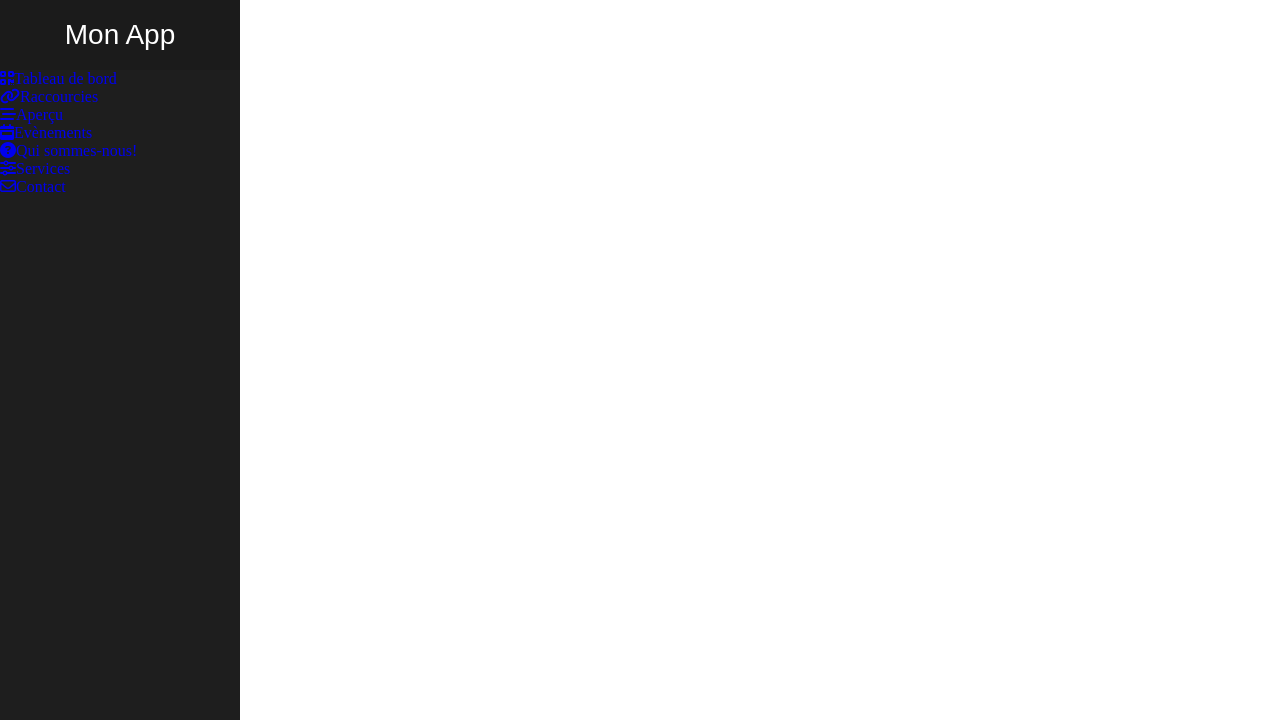
Repository: Alex-Serky/Dossier-Nav
Page: Nav-Responsive/index.html
The author's editor kept a copy of each file at every save. The page is drawn from the files as they stood at one save, then again after the next save.
The browser window is 1280 px wide. The pictures show the whole page.
Some web fonts or font styles are not loaded; a fallback is used. Some web libraries are served in a nearby version.

Above is the page before, as saved 2020-02-21 19:06:36.

After the next save:
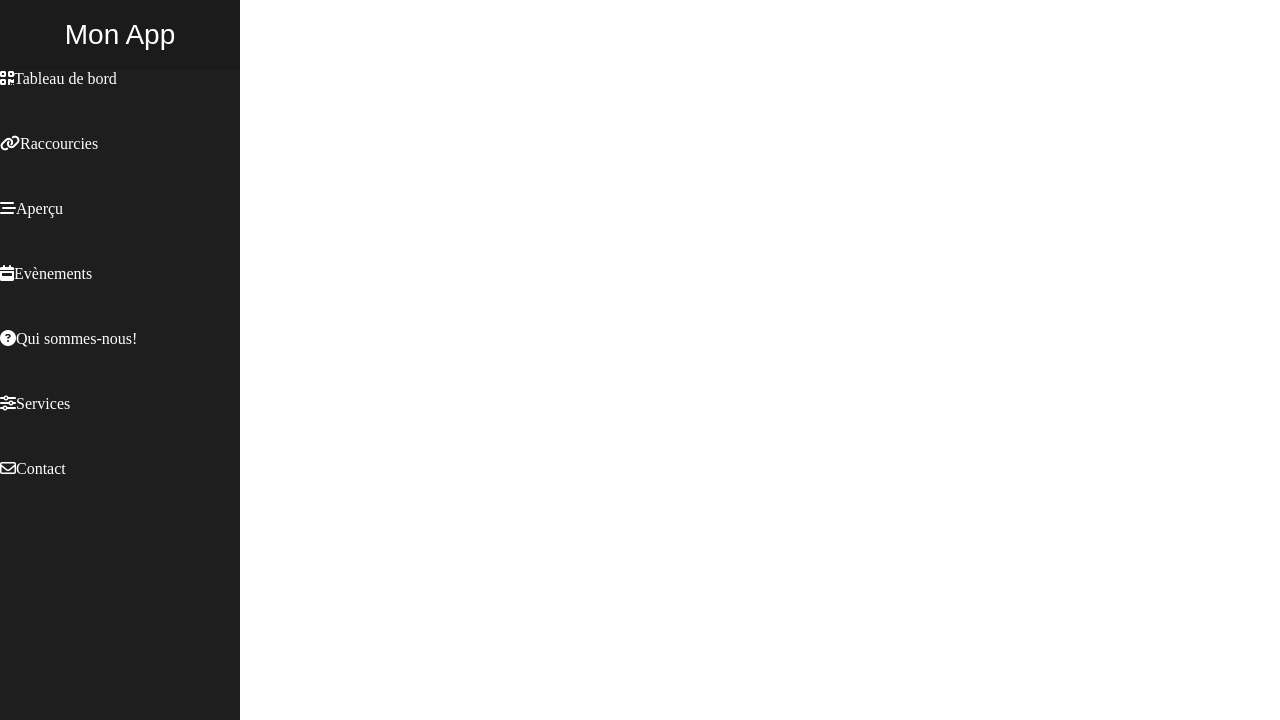
Saved 44 s later.
--- a/Nav-Responsive/style.css
+++ b/Nav-Responsive/style.css
@@ -25,4 +25,6 @@
 
 .sidebar a {
     display: block;
+    color: white;
+    height: 65px;
 }
